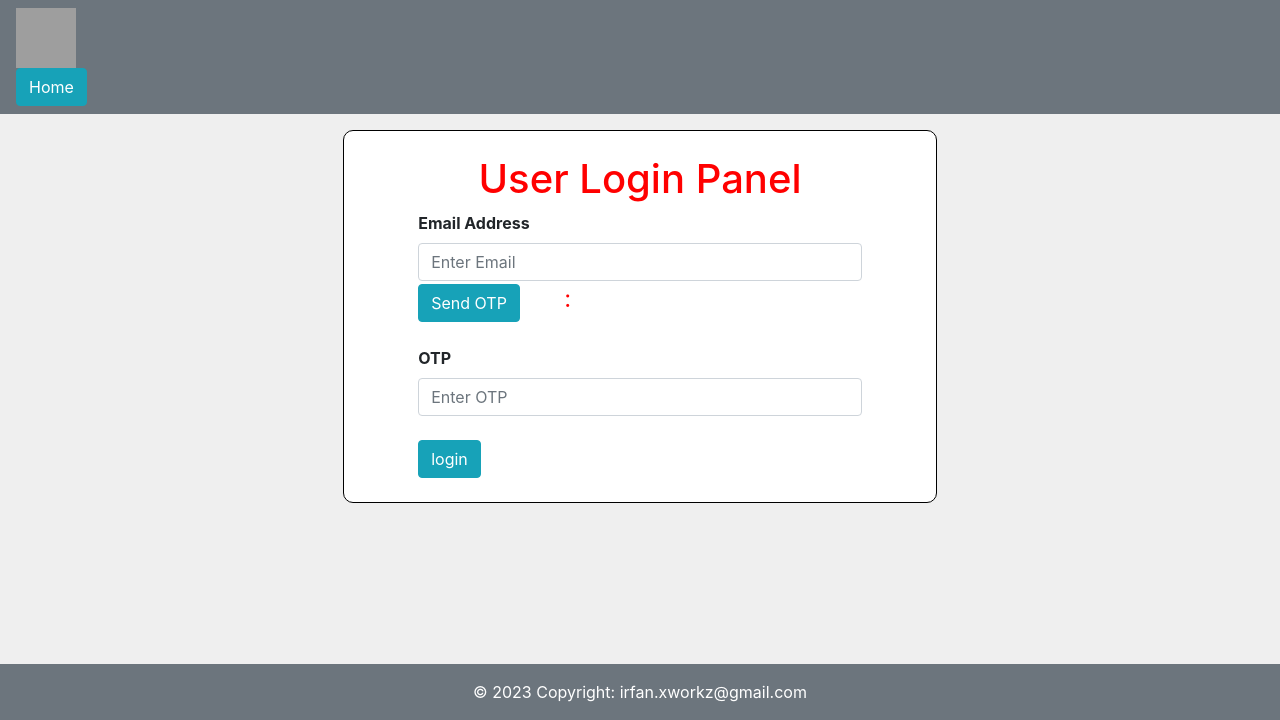
Repository: irfanxworkz/Project
Page: http://localhost/parking/UserLogin.jsp
An editor plug-in stored every save of this project. The page is shown before and after the next save, followed by the edit.
The browser window is 1280 px wide. The pictures show the whole page.
Pictures or frames that could not be fetched are drawn as grey boxes. The page is served by Tomcat 9. Other server files are loaded and not shown.

Above is the page before, as saved 2023-07-12 10:12:09.
Console error: SyntaxError: Unexpected identifier 'secs'

### parking/src/main/webapp/UserLogin.jsp
<%@ page language="java" contentType="text/html; charset=UTF-8"
    pageEncoding="UTF-8"%>
<!DOCTYPE html>
<html>
<head>
<meta charset="UTF-8">
<title>AdminPanel</title>
<link rel="stylesheet"
	href="https://cdn.jsdelivr.net/npm/bootstrap@4.4.1/dist/css/bootstrap.min.css">
	<link rel="stylesheet" href="Parking.css">
	<script>
		var mins=5;
		var secs=mins*60;
		function countdown(){
			setTimeout('Decrement()', 60);
		}
			function Decrement(){
				if(document.getElementById){
					minutes=document.getElementById("minutes");
					seconds=document.getElementById("seconds");
					if(seconds<59){
						seconds.value=secs;
					}
					else{
						minutes.value=getminutes();
						seconds.value=getseconds();
					}
					if(min<1) {
						minutes.style.color="red";
						seconds.style.coor="red";
					}
					if(mins<0){
						alert('time up');
						minutes.value=0;
						seconds.value=0;
					}
					else{
						secs--;
						setTimeout('Decrement()', 1000);
					}
				}
			}

			function getminutes(){
				mins=Math.floor(secs/60);
				return mins;
			}

			function getseconds(){
				retun secs-Math.round(mins*60);
			}

	</script>
</head>
<header>
	<div class="fixed-header">
		<nav class="navbar navbar-dark bg-secondary justify-content-between">
			<img src="https://w7.pngwing.com/pngs/974/17/png-transparent-car-park-parking-computer-icons-parking-text-rectangle-logo-thumbnail.png" alt="" width="60" height="60">
		    <a  href="Home.jsp" class="btn btn-info" type="button" style="margin-right: 1150px;">Home</a>
		</nav>
	</div>
</header>
<body >
 	<div class="container">

 		<form action="${pageContext.request.contextPath}/user-login" method="post" style="background-color: white; margin-top: 50px; margin-left: 200px; margin-right: 200px; border: 1px solid black; border-radius: 10px;">

				<span></span><br>
				<span style="color: green;">${successMsg }</span>
				<h1 style="text-align: center; color: red;">User Login Panel</h1>
			<div class="container">
			<label for="email"><b>Email Address</b></label>
			<!--  <span style="color: red;"> Time Left ::</span><br><br> -->
			    <input type="email" name="email" class="form-control" placeholder="Enter Email"><input type="submit" value="Send OTP" name="Send OTP" onclick="countdown();" class="btn btn-info" ><span style="color: red;"> <input id="minutes" type="text" style="width: 8%; border: none; font-size: 16px; font-weight: bold;"> <font size="5"> : </font> <input id="seconds" type="text" style="width: 8%; border: none; font-size: 16px; font-weight: bold;"> </span><br><br>

			<label for="otp"><b>OTP</b></label>
			    <input type="text" name="otp" class="form-control" placeholder="Enter OTP"><br>
			 	 <input type="submit" value="login" name="login" class="btn btn-info"><br>
			 	<span></span><br>
			</div>
		</form>
	</div>
</body>
	<div class="fixed-footer">
		<footer class="bg-secondary text-white">
		    <div class="text-center p-3" style="background-color: secondary;">
		      © 2023 Copyright:
		      <a class="text-white" href="https://irfan.xworkz@gmail.com/">irfan.xworkz@gmail.com</a>
		    </div>
		 </footer>
	</div>
</html>

### parking/src/main/webapp/Parking.css
@charset "UTF-8";



 /* Add some padding on document's body to prevent the content
    to go underneath the header and footer */
 	body{
        padding-top: 80px;
        padding-bottom: 60px;
        background-color: buttonface;
    }
    .container{
        width: 80%;
        margin: 0 auto; /* Center the DIV horizontally */
    }
    .fixed-header, .fixed-footer{
        width: 100%;
        position: fixed;

    }
    .fixed-header{
        top: 0;
    }
    .fixed-footer{
        bottom: 0;
    }


 /* using for table and body*/
 #customers {
  font-family: Arial, Helvetica, sans-serif;
  border-collapse: collapse;
  width: 100%;
}

#customers td, #customers th {
  border: 1px solid #ddd;
  padding: 8px;
}

#customers tr:nth-child(even){background-color: #f2f2f2;}

#customers tr:hover {background-color: #ddd;}

#customers th {
  padding-top: 12px;
  padding-bottom: 12px;
  text-align: left;
  background-color: #04AA6D;
  color: white;
}

After the next save:
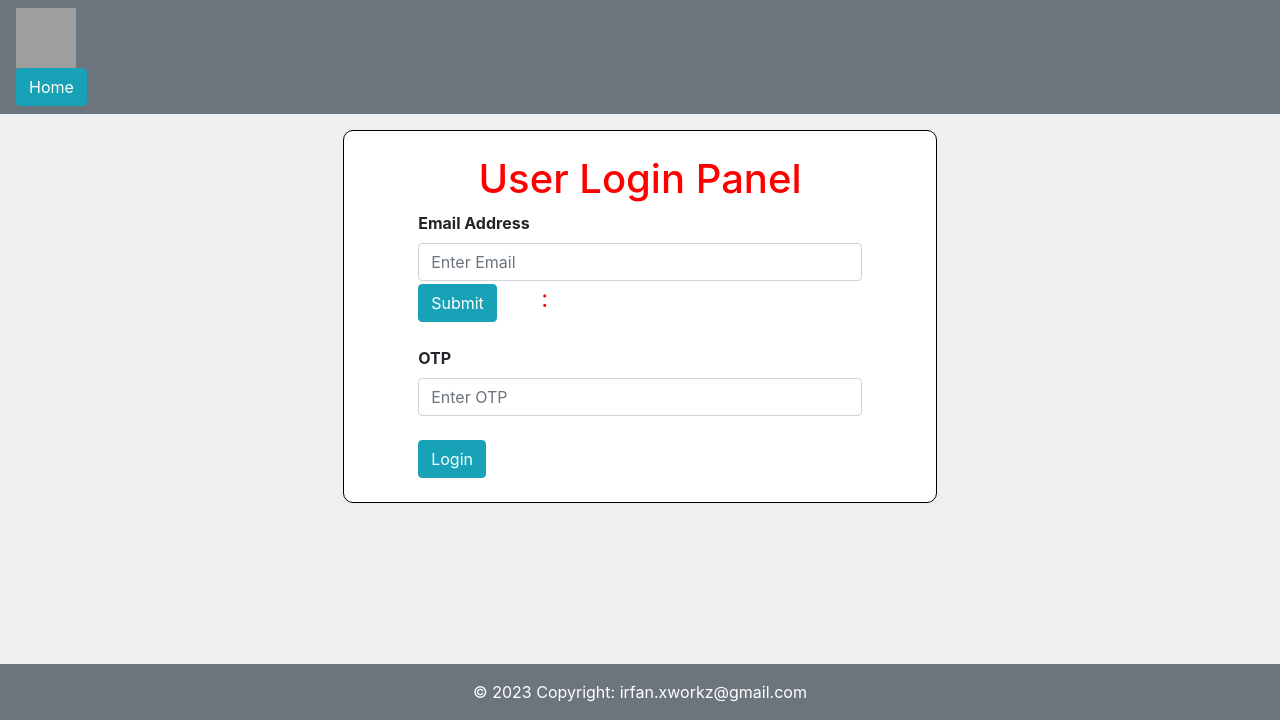
Saved 2 min 37 s later.
--- a/parking/src/main/webapp/UserLogin.jsp
+++ b/parking/src/main/webapp/UserLogin.jsp
@@ -71,11 +71,11 @@
 			<div class="container">
 			<label for="email"><b>Email Address</b></label>
 			<!--  <span style="color: red;"> Time Left ::</span><br><br> -->
-			    <input type="email" name="email" class="form-control" placeholder="Enter Email"><input type="submit" value="Send OTP" name="Send OTP" onclick="countdown();" class="btn btn-info" ><span style="color: red;"> <input id="minutes" type="text" style="width: 8%; border: none; font-size: 16px; font-weight: bold;"> <font size="5"> : </font> <input id="seconds" type="text" style="width: 8%; border: none; font-size: 16px; font-weight: bold;"> </span><br><br>
+			    <input type="email" name="email" class="form-control" placeholder="Enter Email"><input type="submit" name="otp value="Send OTP" onclick="countdown();" class="btn btn-info" ><span style="color: red;"> <input id="minutes" type="text" style="width: 8%; border: none; font-size: 16px; font-weight: bold;"> <font size="5"> : </font> <input id="seconds" type="text" style="width: 8%; border: none; font-size: 16px; font-weight: bold;"> </span><br><br>
 
 			<label for="otp"><b>OTP</b></label>
 			    <input type="text" name="otp" class="form-control" placeholder="Enter OTP"><br>
-			 	 <input type="submit" value="login" name="login" class="btn btn-info"><br>
+			 	 <input type="submit" name="login" value="Login" class="btn btn-info"><br>
 			 	<span></span><br>
 			</div>
 		</form>
